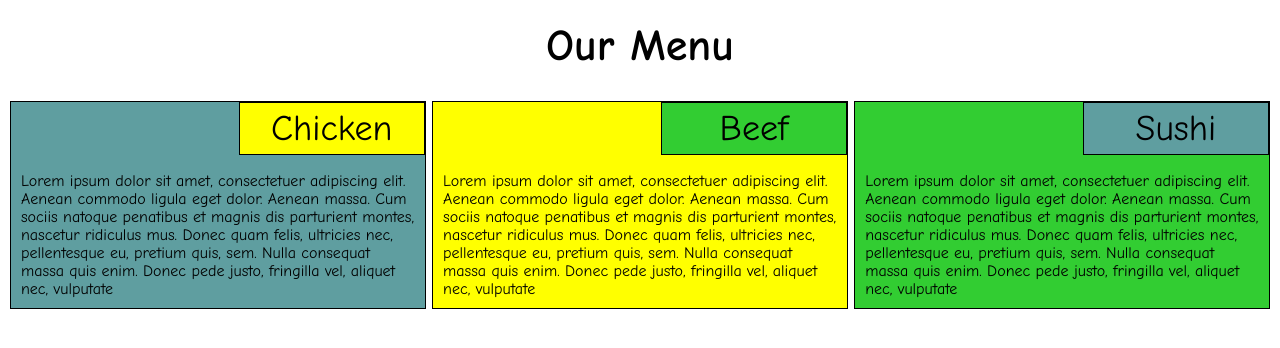
Repository: Normandy72/module2-solution
Page: index.html
These files come from the project's save history. The page is drawn as it stood at one moment and after the next save; the edit follows.
The browser window is 1280 px wide. The pictures show the whole page.

Above is the page before, as saved 2022-12-05 15:27:15.

### index.html
<!DOCTYPE html>
<html lang="en">
<head>
    <meta charset="UTF-8">
    <meta http-equiv="X-UA-Compatible" content="IE=edge">
    <meta name="viewport" content="width=device-width, initial-scale=1.0">
    <title>Our menu</title>
    <link href="https://fonts.googleapis.com/css2?family=Comic+Neue:ital,wght@0,300;0,400;0,700;1,300;1,400;1,700&family=Roboto:ital,wght@0,100;0,300;0,400;0,500;0,700;0,900;1,100;1,300;1,400;1,500;1,700;1,900&display=swap" rel="stylesheet">
    <link rel="stylesheet" href="styles/style.css">
</head>
<body>
    <h1>Our Menu</h1>
    <div class="wrapper">
        <div class="card">
            <div class="card__name">Chicken</div>
            <p class="card__text">Lorem ipsum dolor sit amet, consectetuer adipiscing elit. Aenean commodo ligula eget dolor. Aenean massa. Cum sociis natoque penatibus et magnis dis parturient montes, nascetur ridiculus mus. Donec quam felis, ultricies nec, pellentesque eu, pretium quis, sem. Nulla consequat massa quis enim. Donec pede justo, fringilla vel, aliquet nec, vulputate</p>
        </div>
        <div class="card">
            <div class="card__name">Beef</div>
            <p class="card__text">Lorem ipsum dolor sit amet, consectetuer adipiscing elit. Aenean commodo ligula eget dolor. Aenean massa. Cum sociis natoque penatibus et magnis dis parturient montes, nascetur ridiculus mus. Donec quam felis, ultricies nec, pellentesque eu, pretium quis, sem. Nulla consequat massa quis enim. Donec pede justo, fringilla vel, aliquet nec, vulputate</p>
        </div>
        <div class="card">
            <div class="card__name">Sushi</div>
            <p class="card__text">Lorem ipsum dolor sit amet, consectetuer adipiscing elit. Aenean commodo ligula eget dolor. Aenean massa. Cum sociis natoque penatibus et magnis dis parturient montes, nascetur ridiculus mus. Donec quam felis, ultricies nec, pellentesque eu, pretium quis, sem. Nulla consequat massa quis enim. Donec pede justo, fringilla vel, aliquet nec, vulputate</p>
        </div>
    </div>
</body>
</html>

### styles/style.css
*{
    font-family: 'Comic Neue', cursive;
    font-size: 10px;

    margin: 0;
    padding: 0;
    box-sizing: border-box;
}

h1{
    font-size: 4.4rem;
    text-align: center;

    padding-top: 20px;
    padding-bottom: 30px;
}

.wrapper{
    display: flex;
    justify-content: space-between;
    padding-left: 10px;
    padding-right: 10px;
}

.card{
    width: 33%;
    margin-bottom: 30px;
    position: relative;
    border: 1px solid black;
}

.card__name{
    border: 1px solid black;
    font-size: 3.6rem;
    padding: 5px;
    text-align: center;
    width: 45%;
    position: absolute;
    top: 0;
    right: 0;
}

.card__text{
    font-size: 1.6rem;
    padding: 70px 10px 10px;
}

.card:nth-child(1){
    background-color: cadetblue;
}

.card:nth-child(2){
    background-color: yellow;
}

.card:nth-child(3){
    background-color: limegreen;
}

.card:nth-child(1) .card__name{
    background-color: yellow;
}

.card:nth-child(2) .card__name{
    background-color: limegreen;
}

.card:nth-child(3) .card__name{
    background-color: cadetblue;
}

@media screen and (min-width: 768px) and (max-width: 991px) {
    .wrapper{
        flex-wrap: wrap;
    }

    .card:nth-child(1), .card:nth-child(2){
        width: 49%;
    }

    .card:nth-child(3){
        width: 100%;
    }
}

After the next save:
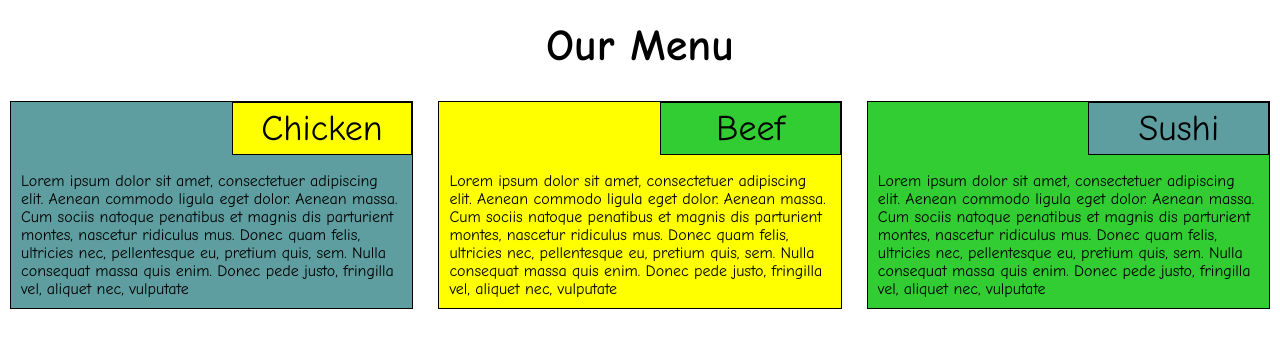
Saved 5 s later.
--- a/styles/style.css
+++ b/styles/style.css
@@ -23,7 +23,7 @@ h1{
 }
 
 .card{
-    width: 33%;
+    width: 32%;
     margin-bottom: 30px;
     position: relative;
     border: 1px solid black;
